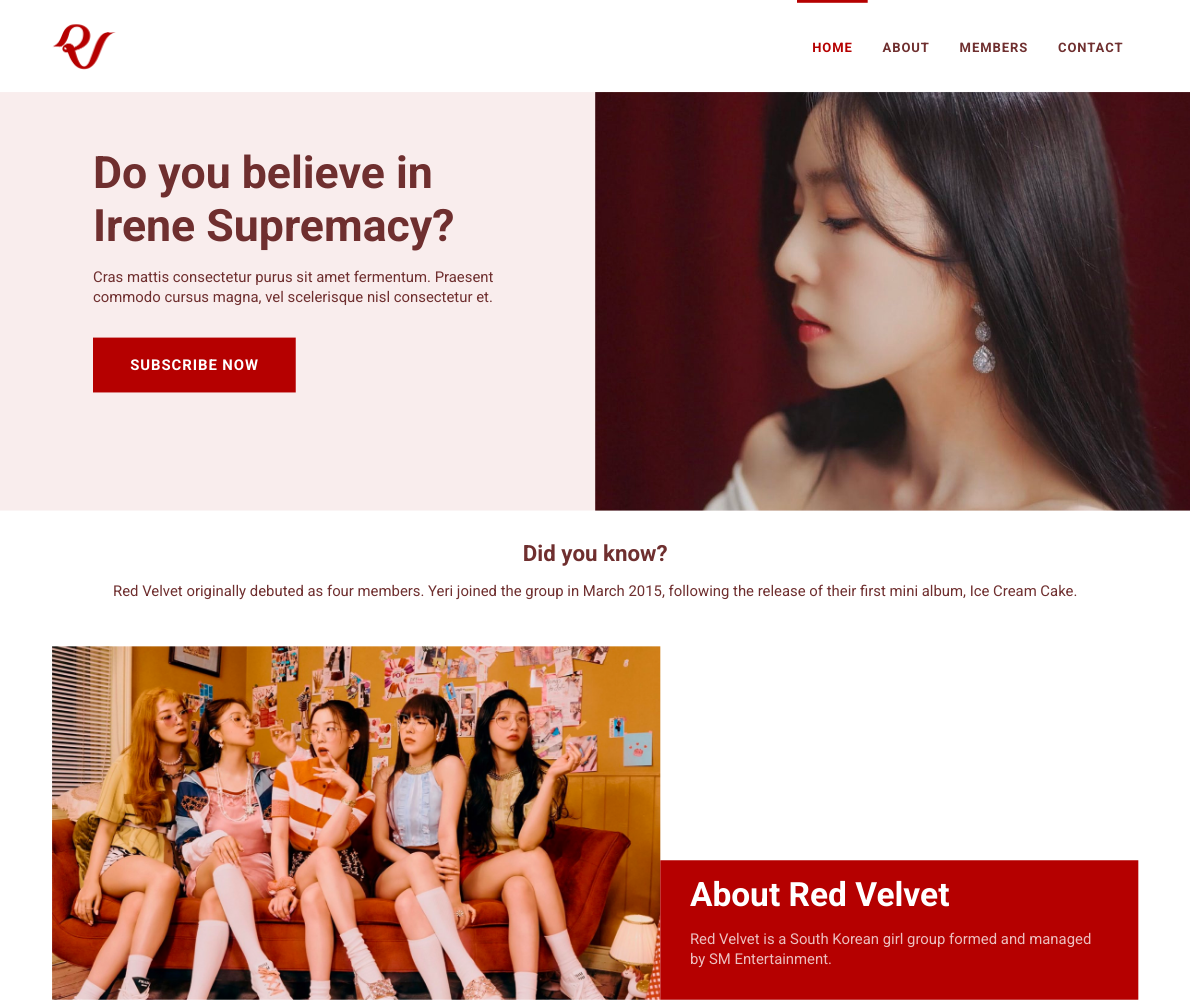
Repository: stillnotdavid/eternity-university
Page: app/index.html
These files come from the project's save history. The page is drawn as it stood at one moment and after the next save; the edit follows.
The browser window is 1280 px wide. The pictures show the whole page, at 93% of full size.
The style sheet was rebuilt from its Sass, Less or Tailwind sources for each picture, by a compiler version that may differ from the author's.

Above is the page before, as saved 2021-12-03 23:56:23.

After the next save:
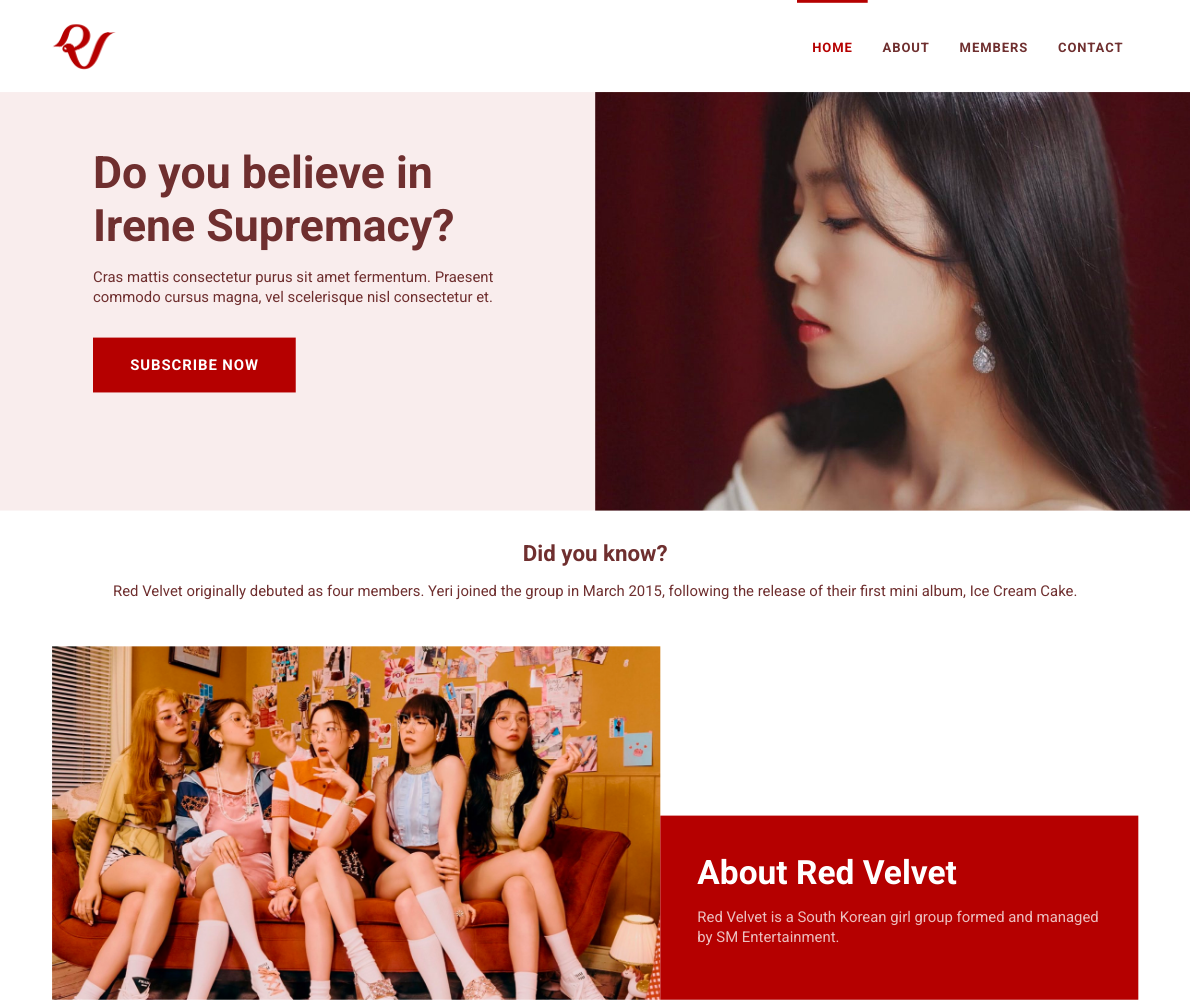
Saved 27 s later.
--- a/app/styles/components/_about.scss
+++ b/app/styles/components/_about.scss
@@ -11,6 +11,6 @@
   &__text {
     background: $color-primary;
     color: white;
-    padding: $spacing-large $spacing-xlarge;
+    padding: 40px;
   }
 }
